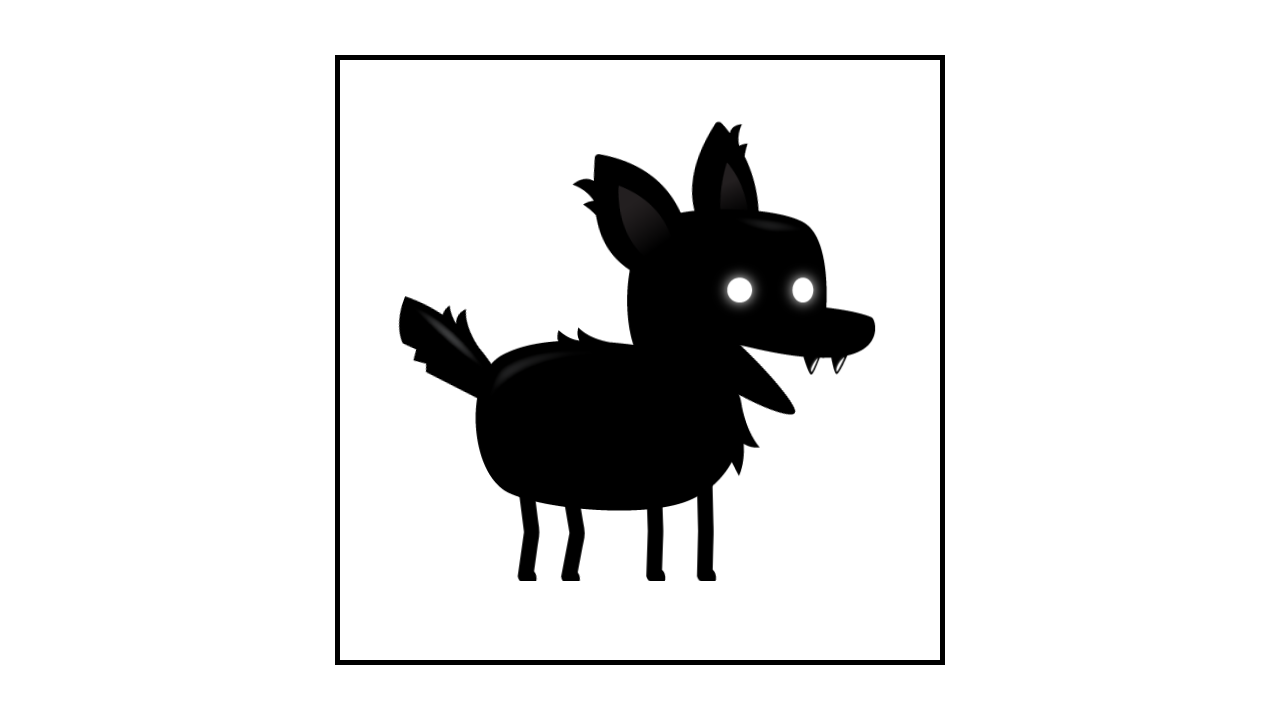
Repository: vasucp1207/sprite-animation
Page: index.html
An editor plug-in stored every save of this project. The page is shown before and after a run of saves, followed by the edit.
The browser window is 1280 px wide. The pictures show the whole page.

Above is the page before, as saved 2022-08-24 23:03:49.

After the next 2 saves:
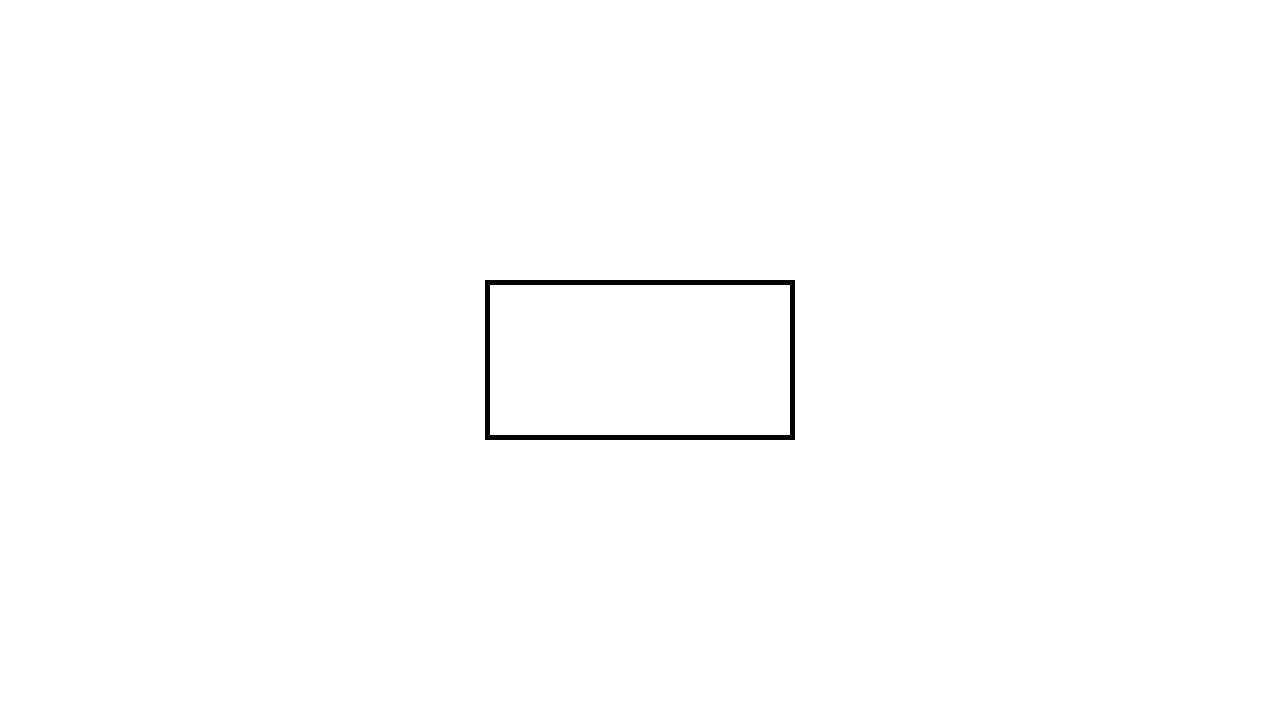
Console error: SyntaxError: Unexpected token '}'
The 2 saves are shown as one change because they came seconds apart.
The last was saved 8 s later.
--- a/script.js
+++ b/script.js
@@ -26,6 +26,9 @@
     {
         name: "fall",
         frames: 9
+    },
+    {
+        name:
     }
 ]
 

After the 3 saves that followed:
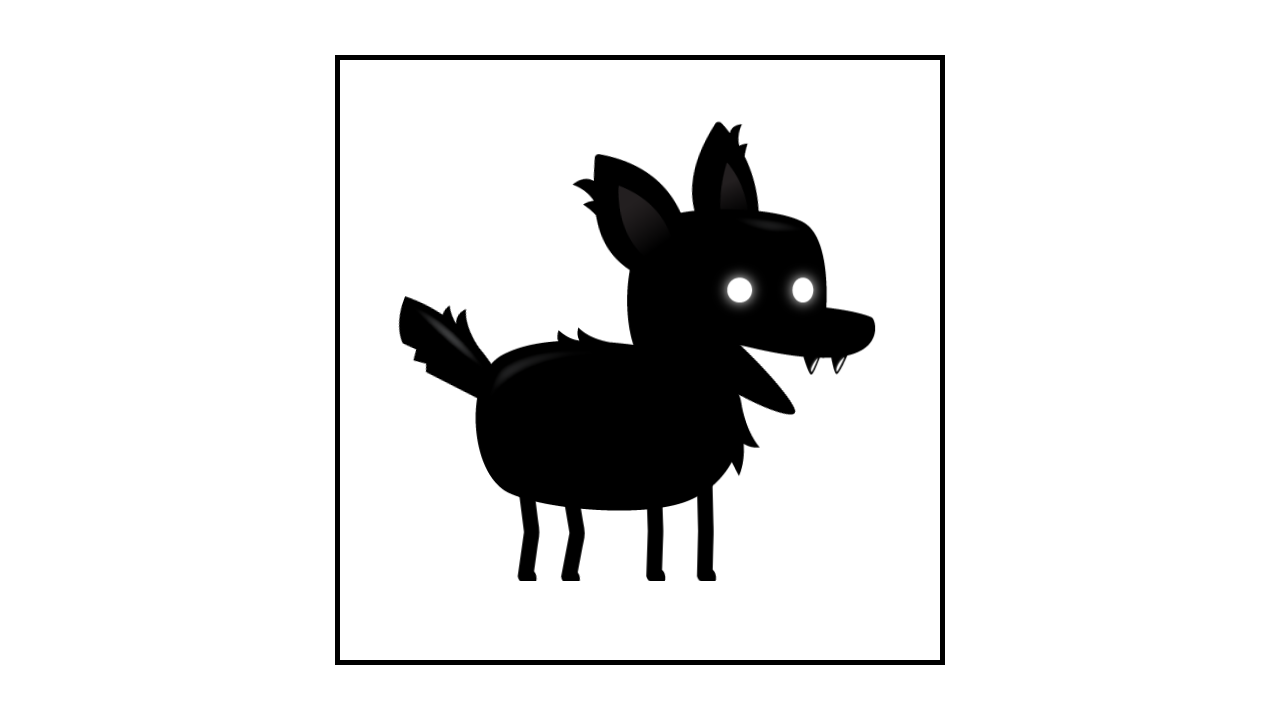
The error is gone.
The 3 saves are shown as one change because they came seconds apart.
The last was saved 11 s later.
--- a/script.js
+++ b/script.js
@@ -28,7 +28,8 @@
         frames: 9
     },
     {
-        name:
+        name: "jump",
+        frames: 7
     }
 ]
 
